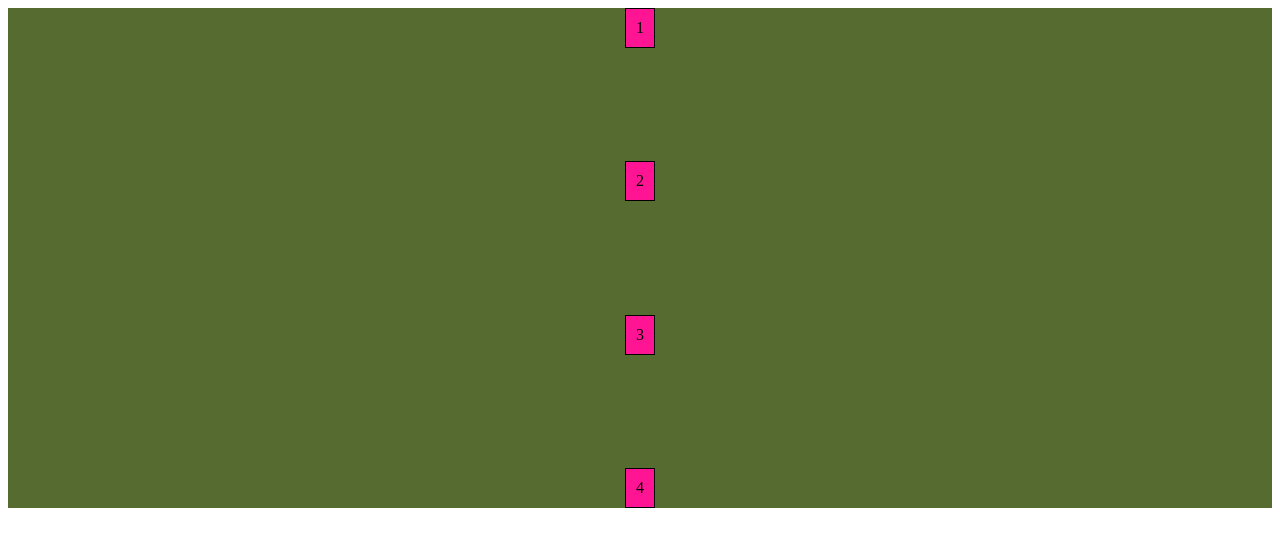
Repository: RustamNazarov98/demo
Page: index.html
These files come from the project's save history. The page is drawn as it stood at one moment and after the next save; the edit follows.
The browser window is 1280 px wide. The pictures show the whole page.

Above is the page before, as saved 2022-04-06 17:35:30.

After the next save:
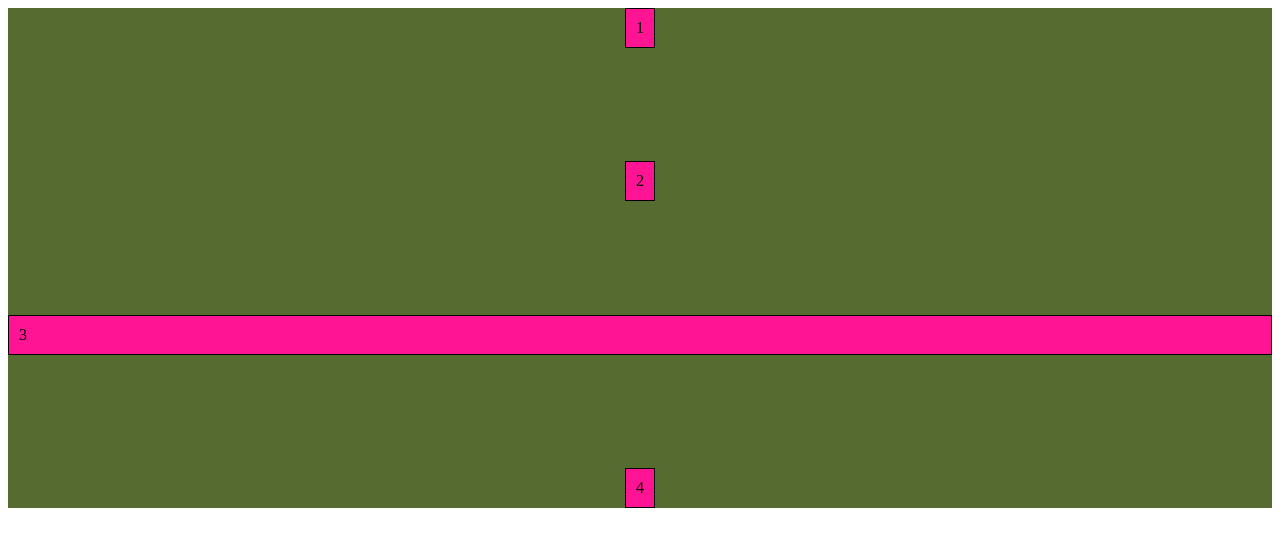
Saved 40 s later.
--- a/style.css
+++ b/style.css
@@ -11,3 +11,6 @@
     padding: 10px;
     background-color: deeppink;
 }
+.flexbox > div:nth-child(3) {
+    align-self: stretch;
+}
